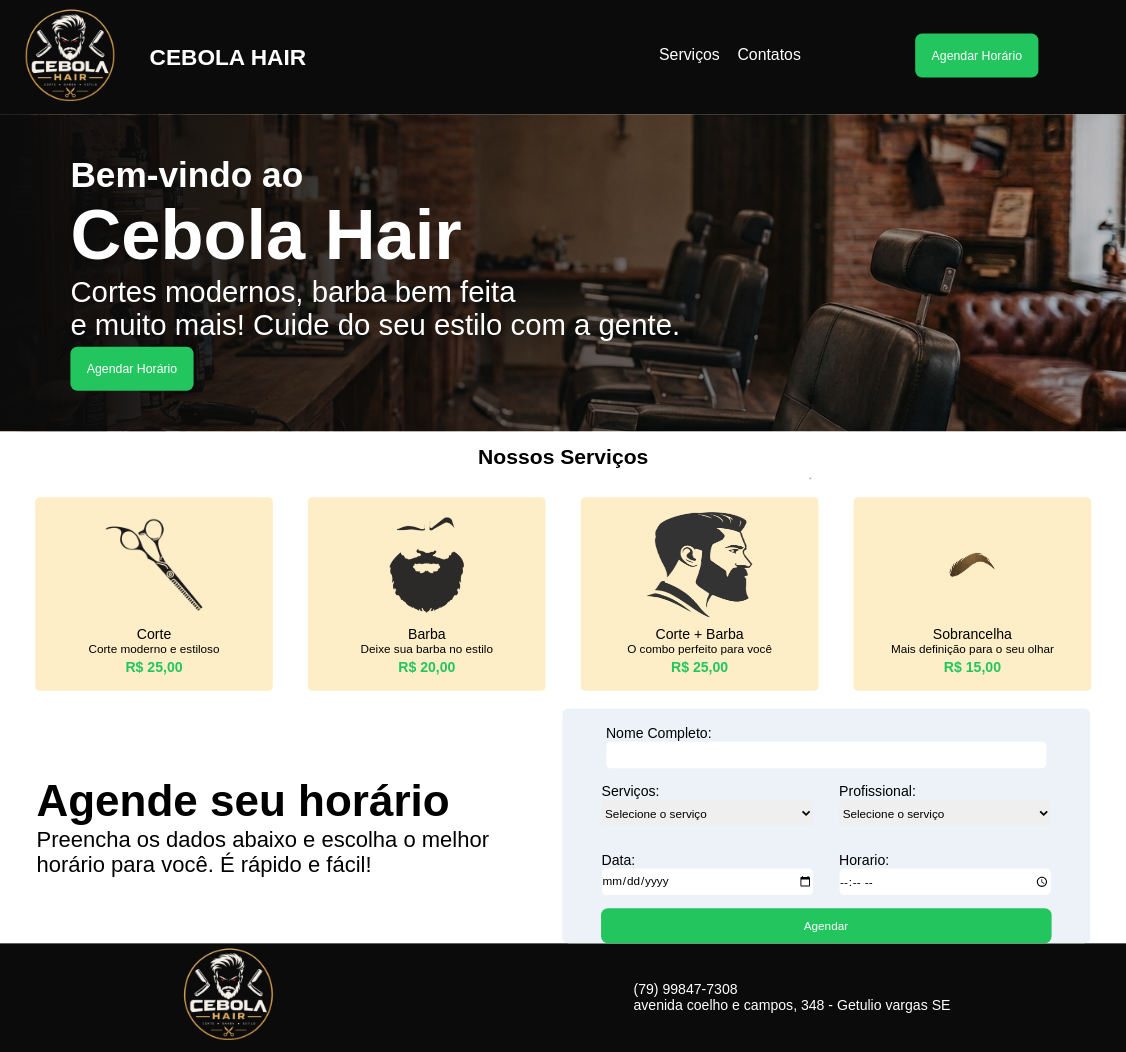
Repository: antonymsantana-design/final.activitie1
Page: index.html
These files come from the project's save history. The page is drawn as it stood at one moment and after a run of saves; the edit follows.
The browser window is 1280 px wide. The pictures show the whole page, at 88% of full size.

Above is the page before, as saved 2026-09-15 20:08:27.

### index.html
<!doctype html>
<html lang="pt-br">
  <head>
    <meta charset="UTF-8" />
    <meta name="viewport" content="width=device-width, initial-scale=1.0" />
    <title>Cebola Hair</title>
    <link rel="stylesheet" href="style.css" />
    <script src="../final.activitie1/script.js" defer></script>
  </head>
  <header>
    <div class="conteudoH" id="conteudoH">
      <div class="imagem" id="imagem">
        <img
          src="image/logoC.png"
          alt="logo"
          class="logoIMG"
          id="logoIMG"
        />
        <h3 class="logoH">CEBOLA HAIR</h3>
      </div>
      <div class="direitaH">
        <div class="links" id="links">
          <a href="#" class="aLinks">Serviços</a>
          <a href="#" class="aLinks">Contatos</a>
        </div>
        <div class="btnDiv" id="btnDiv">
          <button class="btn" id="btn">
            <div class="btnTxt" id="btnTxt">
              <p>Agendar Horário</p>
            </div>
          </button>
        </div>
      </div>
    </div>
  </header>

  <body>
    <div class="conteudo">
      <div class="texto">
        <h4>Bem-vindo ao</h4>
        <h1>Cebola Hair</h1>
        <small
          >Cortes modernos, barba bem feita <br />
          e muito mais! Cuide do seu estilo com a gente.</small
        >
        <button class="btn" id="btn">
          <div class="btnTxt" id="btnTxt">
            <p>Agendar Horário</p>
          </div>
        </button>
      </div>
    </div>

    <h2 class="Our">Nossos Serviços</h2>
    <hr />

    <div class="cards">
      <div class="card">
        <img src="image/corte.webp" alt="tisora" class="icone" />
        <p>Corte</p>
        <small>Corte moderno e estiloso</small>
        <h4>R$ 25,00</h4>
      </div>
      <div class="card">
        <img src="image/barba(png).png" alt="tisora" class="icone" />
        <p>Barba</p>
        <small>Deixe sua barba no estilo</small>
        <h4>R$ 20,00</h4>
      </div>
      <div class="card">
        <img src="image/barba+corte(png).png" alt="tisora" class="icone" />
        <p>Corte + Barba</p>
        <small>O combo perfeito para você</small>
        <h4>R$ 25,00</h4>
      </div>
      <div class="card">
        <img
          src="image/Design sem nome.png"
          alt="tisora"
          class="icone"
        />
        <p>Sobrancelha</p>
        <small>Mais definição para o seu olhar</small>
        <h4>R$ 15,00</h4>
      </div>
    </div>

    <div class="agendar" id="agendar">
      <div class="esq">
        <h1>Agende seu horário</h1>
        <p>
          Preencha os dados abaixo e escolha o melhor <br />
          horário para você. É rápido e fácil!
        </p>
      </div>

      <div class="form">
        <div class="formCima">
            <div class="cimacima">
        <label for="nome">Nome Completo:</label><br/>
        <input type="text" name="nome" id="nome" class="forms"/>
        </div>
        </div><br/>

         <div class="quadrado">
        <div class="1">
          <label for="serv">Serviços:</label>
          <select name="serv" id="serv" class="formu">
            <option value="">Selecione o serviço</option>
            <option value="corte">Corte</option>
            <option value="barba">Barba</option>
            <option value="cort+barba">Corte + Barba</option>
            <option value="sobrancelha">Sobrancelha</option>
          </select>
          </div>

          <div class="2">
            <label for="prof">Profissional:</label>
            <select name="prof" id="prof" class="formu">
              <option value="">Selecione o serviço</option>
              <option value="cebola">Cebola</option>
            </select>
            </div>
            <div class="3">
              <label for="data">Data:</label> <br>
              <input type="date" name="data" id="data" class="formu"/>
            </div>
            <div class="4">
              <label for="hora">Horario:</label> <br>
              <input type="time" name="hora" id="hora" class="formu"/>
            </div>
          </div>
          <div class="btnAgendar">
           <button type="button" class="agendarbtn">Agendar</button>
            </div>
          </div>
      </div>
    </div>
  </body>
  <footer>
    <div class="direita">
      <img
        src="image/logoC.png"
        alt="logo"
        class="logoIMG"
        id="logoIMG"
      />
    </div>

    <div class="esquerda">
      <p>(79) 99847-7308</p>
      <p>avenida coelho e campos, 348 - Getulio vargas SE</p>
    </div>
  </footer>
</html>

### style.css
* {
    padding: 0px;
    margin: 0px;
    font-family: Arial, Helvetica, sans-serif;
}

header {
    background-color: #0B0B0B;
    height: 130px;
}

small {
    padding-bottom: 5px;
}

.conteudoH {
    display: flex;
    justify-content: space-between;
    padding-right: 100px;
    align-items: center;
}

.imagem {
    margin-left: 20px;
    margin-top: 5px;
    display: flex;
    justify-content: center;
    align-items: center;
    gap: 30px;
    font-weight: 600;
    font-size: 22px;
}

.logoIMG {
    width: 120px;
    height: 120px;
    cursor: pointer;
}

.logoH {
    color: white;

}

.links {
    display: flex;
    gap: 20px;
    justify-content: center;
    padding-right: 130px;
    font-size: 18px;
}

.links a {
    text-decoration: none;
    color: white;
    transition: 0.5s ease;
}

.aLinks:hover {
    transform: translateY(-5px);
    box-shadow: 0 4px 10px rgba(0, 0, 0, 0.15);
    background-color: #F0C56A;
    color: #F5F5F5;
    border-radius: 5px;
    width: 120px;
    height: 30px;
    display: flex;
    justify-content: center;
    align-items: center;
}

.btnDiv {
    display: flex;
}

.btn {
    display: flex;
    justify-content: center;
    width: 140px;
    height: 50px;
    background-color: #22C55E;
    border: none;
    color: white;
    align-items: center;
    border-radius: 8px;
    transition: 0.3s ease;
    cursor: pointer;
    font-size: 14px;
}

.btn:hover {
    transform: translateY(-5px);
    box-shadow: 0 8px 15px rgba(0, 0, 0, 0.4);
}

.direitaH {
    display: flex;
    justify-content: center;
    align-items: center;
}

.conteudo {
    background-image: url(image/Gemini_Generated_Image_hbetqjhbetqjhbet.jpg);
    background-repeat: no-repeat;
    background-size: cover;
    background-position: center;
    height: 50vh;
    color: white;
}

.texto {
    padding-left: 80px;
    font-size: 40px;
    display: flex;
    flex-direction: column;
    justify-content: center;
    height: 50vh;
    background: linear-gradient(to right, #0B0B0B, #15151531);

}

.card {
    background-color: #FDEEC7;
    width: 270px;
    height: 220px;
    display: flex;
    flex-direction: column;
    justify-content: center;
    align-items: center;
    border-radius: 5px;
}

.cards {
    display: flex;
    justify-content: center;
    gap: 40px;
    padding-top: 20px;
    padding-bottom: 20px;
}

.card h4 {
    color: #22C55E;
}

.icone {
    width: 120px;
    height: 120px;
    padding-bottom: 10px;
}

.Our {
    padding-top: 15px;
    text-align: center;
    padding-bottom: 10px;
}

hr {
    color: #22C55E;
    text-align: center;
    margin-left: 920px;
    margin-right: 920px;
}

.agendar{
    display: flex;
    justify-content: space-around;
    align-items: center;
}

.form{
    background-color: #ECF2F7;
    width: 600px;
    border-radius: 7px;
    display: flex;
    justify-content: center;
    flex-direction: column;
}

.formCima{
    padding-top: 20px;
    display: flex;
    justify-content: center;
    align-items: center;
    flex-direction: column;
}

.quadrado{
    display: grid;
    justify-content: center;
    grid-template-columns: repeat(2, 200px);
    gap: 30px;
    column-gap: 70px;
    margin-right: 40px;
}

.esq {
    font-size: 25px;
}

footer{
    display: flex;
    justify-content: space-around;
    align-items: center;
    background-color: #0B0B0B;
    color: white;
}

.formu{
    width: 240px;
    height: 30px;
    border-radius: 5px;
    border: none;
}

.forms{
    width: 500px;
    height: 30px;
    border-radius: 5px;
    border: none;
}

.agendarbtn{
    display: flex;
    justify-content: center;
    align-items: center;
    width: 512px;
    height: 40px;
    background-color: #22C55E;
    border: none;
    color: white;
    border-radius: 8px;
    transition: 0.3s ease;
    cursor: pointer;
    margin-top: 15px;
}

.agendarbtn:hover {
    transform: translateY(-5px);
}

.btnAgendar{
    display: flex;
    justify-content: center;
    align-items: center;
}

Loaded but not shown: script.js (no copy from this time; the picture is the same without it)

After the next 2 saves:
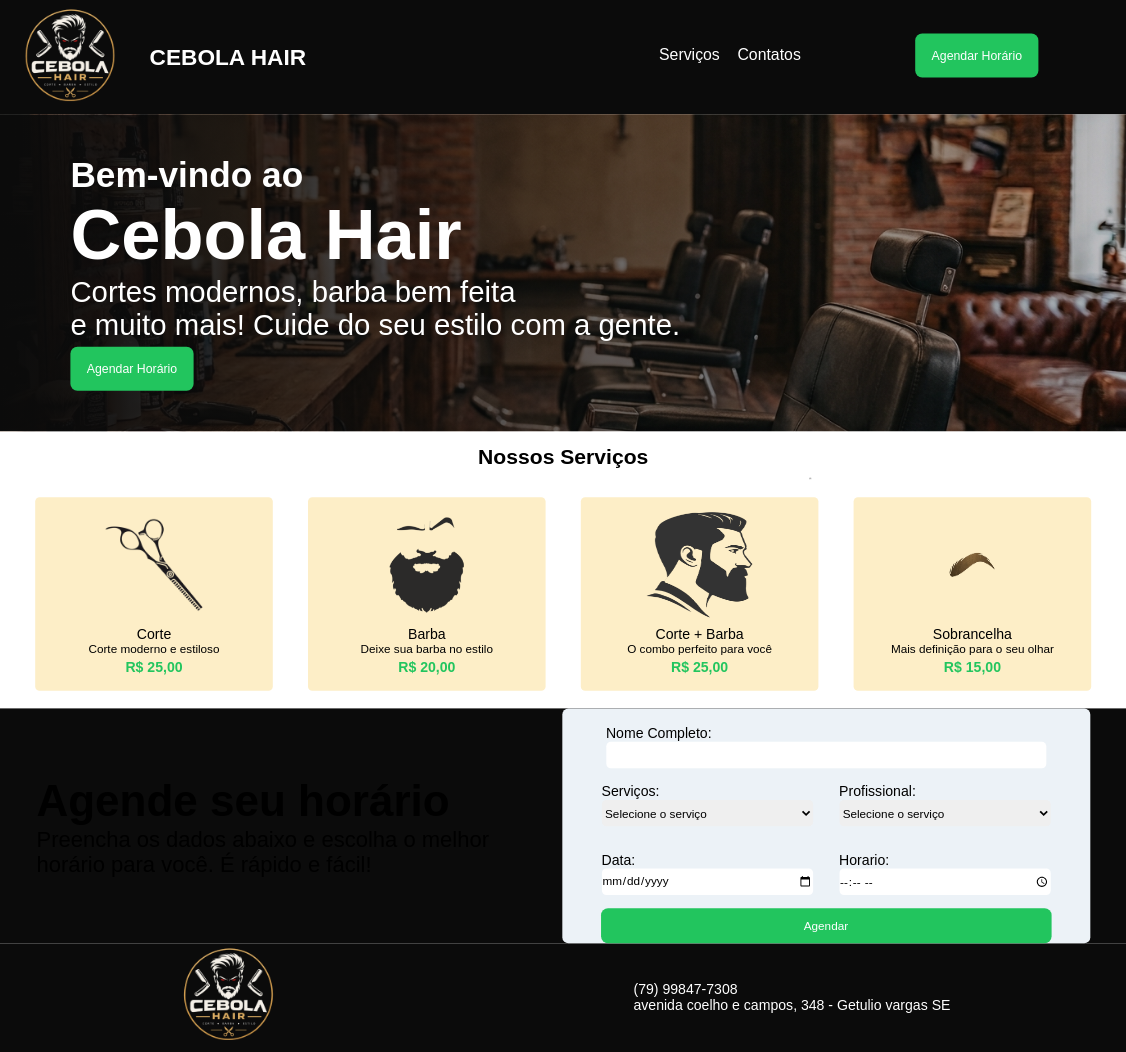
The 2 saves are shown as one change because they came seconds apart.
The last was saved 23 s later.
--- a/style.css
+++ b/style.css
@@ -165,6 +165,7 @@ hr {
     display: flex;
     justify-content: space-around;
     align-items: center;
+    background-color: #0B0B0B;
 }
 
 .form{
